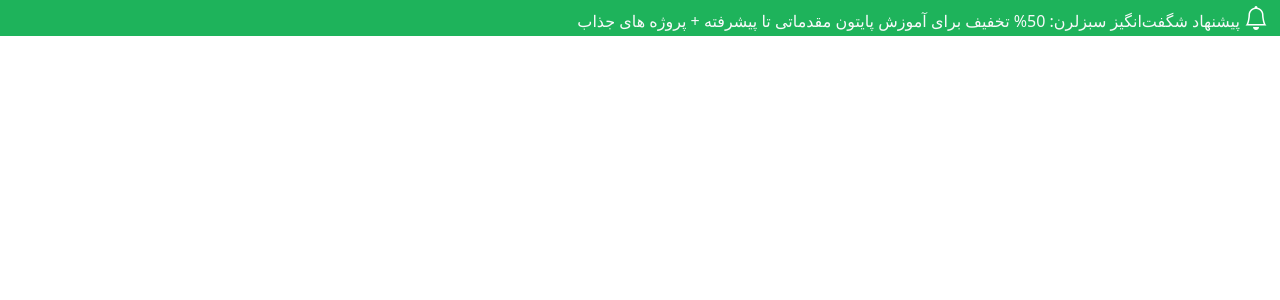
Repository: mobina-mirzaei/final-project-mirzaei
Page: index.html
These files come from the project's save history. The page is drawn as it stood at one moment and after the next save; the edit follows.
The browser window is 1280 px wide. The pictures show the whole page.
The style sheet was rebuilt from its Sass, Less or Tailwind sources for each picture, by a compiler version that may differ from the author's.

Above is the page before, as saved 2025-06-05 21:05:41.

### index.html
<!DOCTYPE html>
<html lang="fa" dir="rtl">
  <head>
    <meta charset="UTF-8" />
    <meta name="viewport" content="width=device-width, initial-scale=1.0" />
    <link
      rel="stylesheet"
      href="./assets/bootstrap-5.1.3-dist/bootstrap-5.1.3-dist/css/bootstrap.rtl.min.css"
    />
    <script
      src="./assets/bootstrap-5.1.3-dist/bootstrap-5.1.3-dist/js/bootstrap.bundle.min.js"
      defer
    ></script>
    <link rel="stylesheet" href="./assets/css/main.css" />
    <link rel="stylesheet" href="https://cdn.jsdelivr.net/npm/bootstrap-icons@1.10.5/font/bootstrap-icons.css"/>
    <title>SabzLearn</title>
  </head>
  <body>
    <div class="container-fluid">
      <div class="row d-flex justify-content-between aling-items-center pre-nav">
        <div class="col-lg-8">

            <span class="text-light">
                <i class="bi bi-bell" style="color: white; font-size: 24px;"></i>
                پیشنهاد شگفت‌انگیز سبزلرن: 50% تخفیف برای آموزش پایتون مقدماتی تا
                پیشرفته + پروژه های جذاب
            </span>
        </div>
        <div class="col-lg-4">

        </div>
      </div>
    </div>
  </body>
</html>

### assets/scss/main.scss
.pre-nav{
    background-color:rgb(30 179 91);
}

Loaded but not shown: assets/bootstrap-5.1.3-dist/bootstrap-5.1.3-dist/css/bootstrap.rtl.min.css (library); assets/bootstrap-5.1.3-dist/bootstrap-5.1.3-dist/js/bootstrap.bundle.min.js (library)

After the next save:
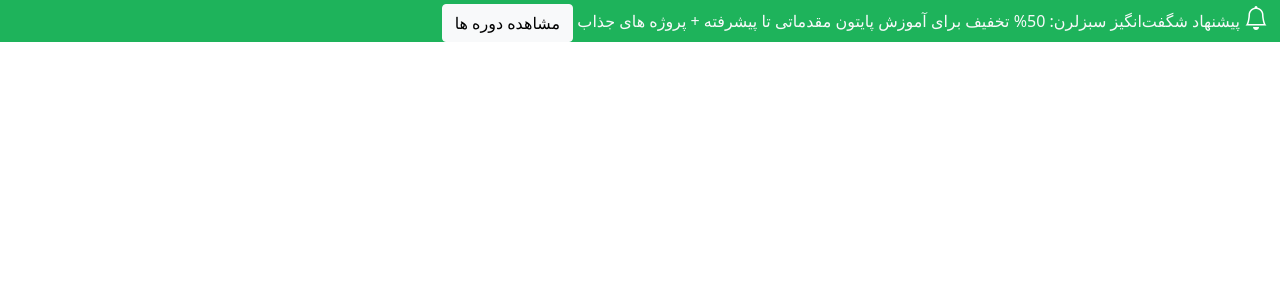
Saved 55 s later.
--- a/index.html
+++ b/index.html
@@ -19,12 +19,12 @@
     <div class="container-fluid">
       <div class="row d-flex justify-content-between aling-items-center pre-nav">
         <div class="col-lg-8">
-
             <span class="text-light">
                 <i class="bi bi-bell" style="color: white; font-size: 24px;"></i>
                 پیشنهاد شگفت‌انگیز سبزلرن: 50% تخفیف برای آموزش پایتون مقدماتی تا
                 پیشرفته + پروژه های جذاب
             </span>
+            <button class="btn btn-light">مشاهده دوره ها</button>
         </div>
         <div class="col-lg-4">
 
